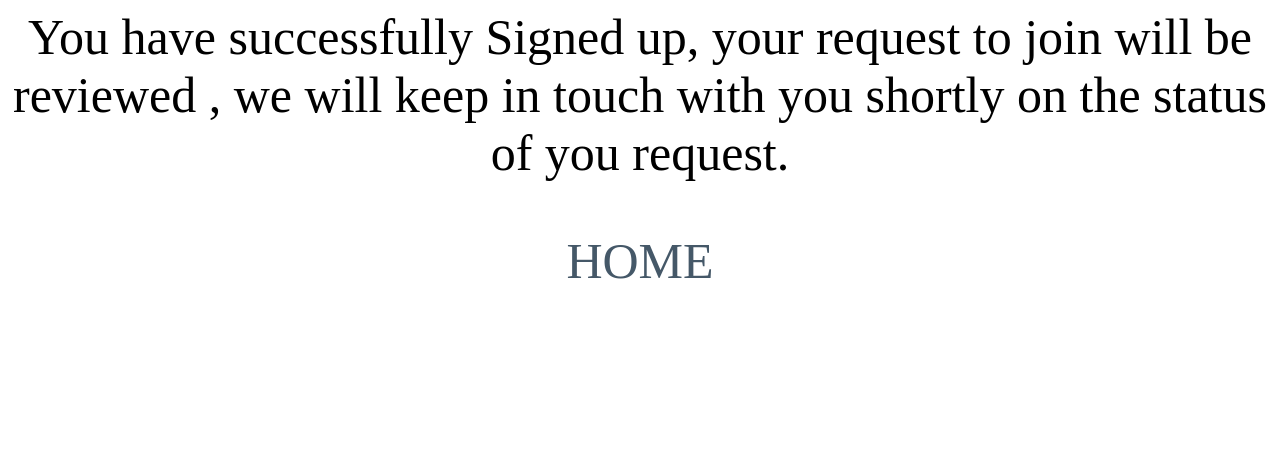
Repository: lorna-k/Workspace
Page: Alumni/Alumni-2/WebContent/signedup.html
An editor plug-in stored every save of this project. The page is shown before and after the next save, followed by the edit.
The browser window is 1280 px wide. The pictures show the whole page.

Above is the page before, as saved 2016-09-15 08:44:04.

### Alumni/Alumni-2/WebContent/signedup.html
<!DOCTYPE html>
<html>
<head>
<meta charset="ISO-8859-1">
<title>Insert title here</title>
</head>

<style>
	a
	{
		text-decoration: none;
		color:#455868;
	}
	a:hover
	{
		color:blue;
	}

</style>
<body>
	<div  style="font-size:50px; font-family:Arial #455868" align="center";margin-top:20vh">

		You have successfully Signed up,
		your request to join will be reviewed
		, we will keep in touch with you shortly on the status
		of you request.




		<p><a href="imdex.html">HOME</a></p>
	</div>
</body>
</html>

After the next save:
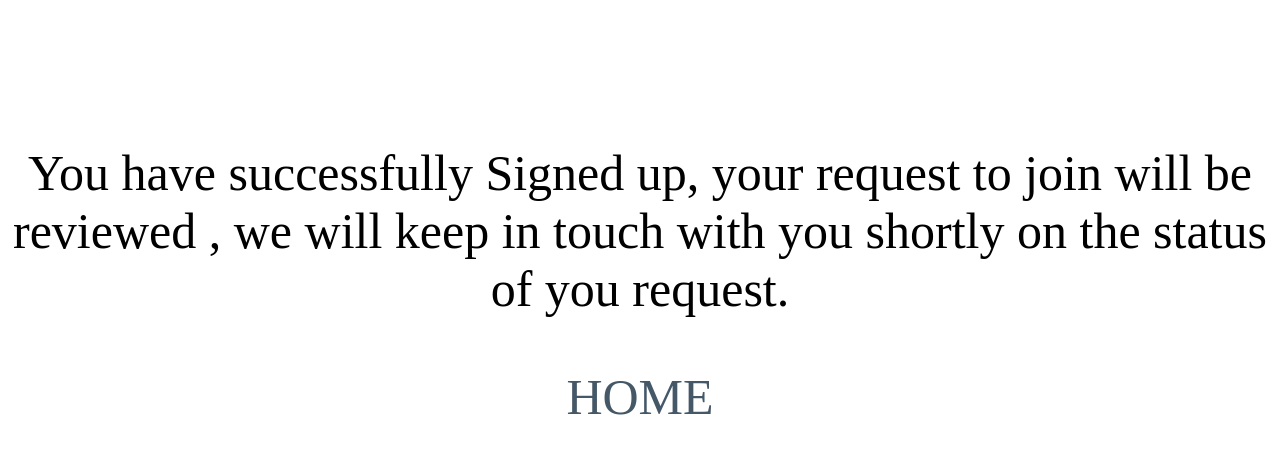
Saved 31 s later.
--- a/Alumni/Alumni-2/WebContent/signedup.html
+++ b/Alumni/Alumni-2/WebContent/signedup.html
@@ -18,7 +18,7 @@
 
 </style>
 <body>
-	<div  style="font-size:50px; font-family:Arial #455868" align="center";margin-top:20vh">
+	<div  style="font-size:50px; font-family:Arial #455868;margin-top:20vh" align="center">
 
 		You have successfully Signed up,
 		your request to join will be reviewed
